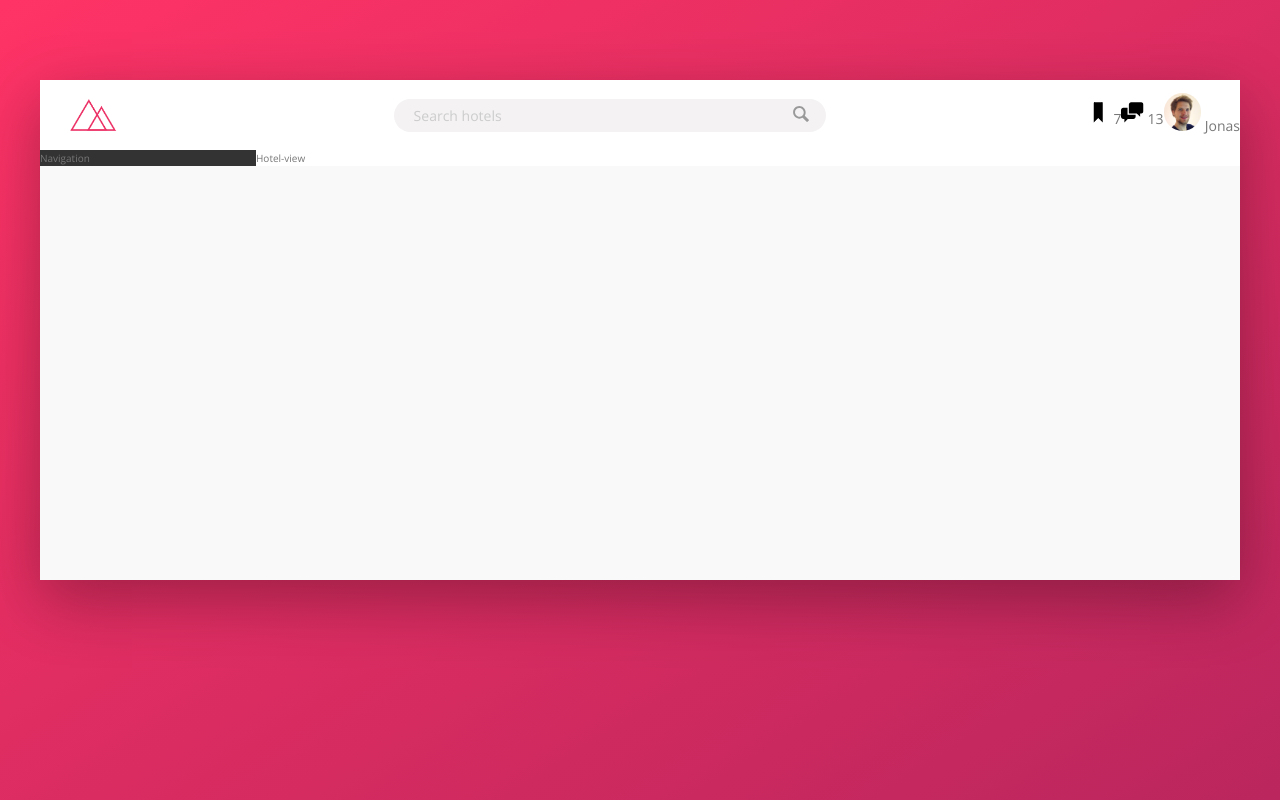
Repository: Lithium87/Trillo
Page: index.html
These files come from the project's save history. The page is drawn as it stood at one moment and after the next save; the edit follows.
The browser window is 1280 px wide. The pictures show the whole page.
The style sheet was rebuilt from its Sass, Less or Tailwind sources for each picture, by a compiler version that may differ from the author's.

Above is the page before, as saved 2020-05-15 20:33:44.

### index.html
<!DOCTYPE html>
<html lang="en">

<head>
    <meta charset="UTF-8">
    <meta name="viewport" content="width=device-width, initial-scale=1.0">

    <link href="https://fonts.googleapis.com/css?family=Open+Sans:300,400,600" rel="stylesheet">
    <link rel="stylesheet" href="css/style.css">
    <link rel="shortcut icon" type="image/png" href="img/favicon.png">

    <title>trillo &mdash; Your all-in-one booking app</title>
</head>

<body>
    <div class="container">
        <header class="header">
            <img src="img/logo.png" alt="Trillo logo" class="logo">
            <form action="#" class="search">
                <input type="text" class="search__input" placeholder="Search hotels">
                <button class="search__button">
                    <svg class="search__icon">
                        <use xlink:href="img/sprite.svg#icon-magnifying-glass"></use>
                    </svg>
                </button>
            </form>

            <nav class="user-nav">
                <div class="user-nav__icon-box">
                    <svg class="user-nav__icon">
                        <use xlink:href="img/sprite.svg#icon-bookmark"></use>
                    </svg>
                    <span class="user-nav__notification">7</span>
                </div>
                <div class="user-nav__icon-box">
                    <svg class="user-nav__icon">
                        <use xlink:href="img/sprite.svg#icon-chat"></use>
                    </svg>
                    <span class="user-nav__notification">13</span>
                </div>
                <div class="user-nav__user">
                    <img src="img/user.jpg" alt="User photo" class="user-nav__user-photo">
                    <span class="user-nav__user-name">Jonas</span>
                </div>
            </nav>
        </header>
        <div class="content">
            <nav class="sidebar">
                Navigation
            </nav>
            <main class="hotel-view">
                Hotel-view
            </main>
        </div>
    </div>
</body>

</html>

### sass/_base.scss
:root {
    --color-primary: #eb2f64;
    --color-primary-light: #FF3366;
    --color-primary-dark: #BA265D;
    --color-grey-light-1: #faf9f9;
    --color-grey-light-2: #f4f2f2;
    --color-grey-light-3: #f0eeee;
    --color-grey-light-4: #ccc;
    --color-grey-dark-1: #333;
    --color-grey-dark-2: #777;
    --color-grey-dark-3: #999;
    --shadow-dark: 0 2rem 6rem rgba(0, 0, 0, .3);
}

* {
    margin: 0;
    padding: 0;
}

*,
*::before,
*::after {
    box-sizing: inherit;
}

html {
    box-sizing: border-box;
    font-size: 62.5%; // 1rem = 10px
}

body {
    font-family: 'Open Sans', sans-serif;
    font-weight: 400;
    line-height: 1.6;
    color: var(--color-grey-dark-2);
    background-image: linear-gradient(to right bottom, var(--color-primary-light), var(--color-primary-dark));
    background-size: cover;
    background-repeat: no-repeat;
    min-height: 100vh;
}

### sass/_layout.scss
.container {
    max-width: 120rem;
    margin: 8rem auto;
    background-color: var(--color-grey-light-1);
    box-shadow: var(--shadow-dark);
    min-height: 50rem;
}

.header {
    font-size: 1.4rem;
    height: 7rem;
    background-color: #fff;
    border-bottom: var(--color-grey-light-2);
    display: flex;
    justify-content: space-between;
    align-items: center;
}

.content {
    display: flex;
}

.sidebar {
    background-color: var(--color-grey-dark-1);
    flex: 0 0 18%;
}

.hotel-view {
    background-color: #fff;
    flex: 1;
}

### sass/_components.scss
///////////////////////
//LOGO
.logo {
    height: 3.25rem;
    margin-left: 3rem;
}

///////////////////////
//SEARCH BOX
.search {
    flex: 0 0 40%;
    display: flex;
    align-items: center;
    justify-content: center;
    &__input {
        font-family: inherit;
        font-size: inherit;
        color: inherit;
        background-color: var(--color-grey-light-2);
        border: none;
        padding: .7rem 2rem;
        border-radius: 100px;
        width: 90%;
        transition: all .2s;
        margin-right: -3.5rem;
        &:focus {
            outline: none;
            width: 100%;
            background-color: var(--color-grey-light-3);
        }
        &::-webkit-input-placeholder {
            font-weight: 100;
            color: var(--color-grey-light-4);
        }
    }
    &__input:focus+&__button {
        background-color: var(--color-grey-light-3);
    }
    &__button {
        border: none;
        background-color: var(--color-grey-light-2);
        &:focus {
            outline: none;
        }
        &:active {
            transform: translateY(2px);
        }
    }
    &__icon {
        height: 2rem;
        width: 2rem;
        fill: var(--color-grey-dark-3);
    }
}

///////////////////////
//USER NAVIGATION
.user-nav {
    display: flex;
    align-items: center;
    &__icon-box {}
    &__icon {
        height: 2.25rem;
        width: 2.25rem;
    }
    &__notification {}
    &__user {}
    &__user-photo {
        height: 3.75rem;
        border-radius: 50%;
    }
    &__user-name {}
}

Loaded but not shown: sass/main.scss (common file)

After the next save:
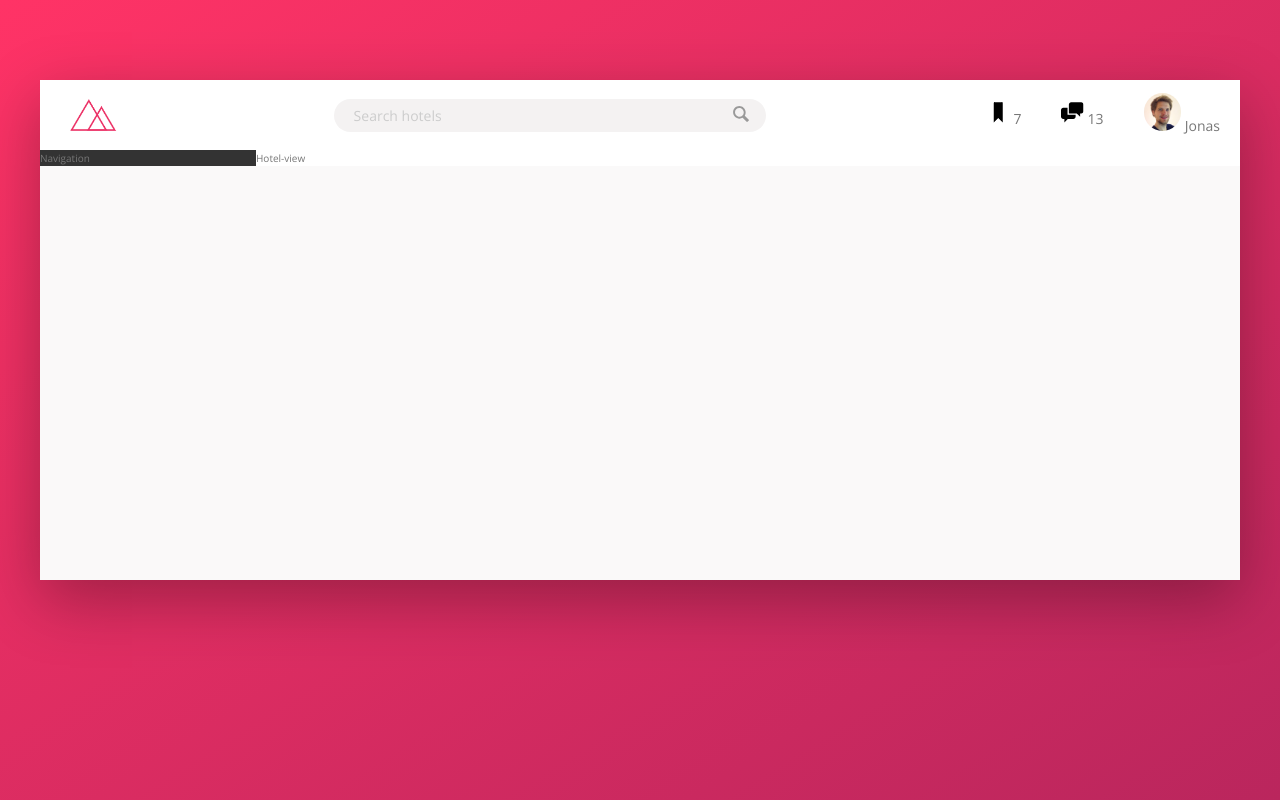
Saved 2 min 50 s later.
--- a/sass/_components.scss
+++ b/sass/_components.scss
@@ -58,6 +58,13 @@
 .user-nav {
     display: flex;
     align-items: center;
+    &>* {
+        padding: 0 2rem;
+        cursor: pointer;
+    }
+    &>*:hover {
+        background-color: var(--color-grey-light-2);
+    }
     &__icon-box {}
     &__icon {
         height: 2.25rem;
